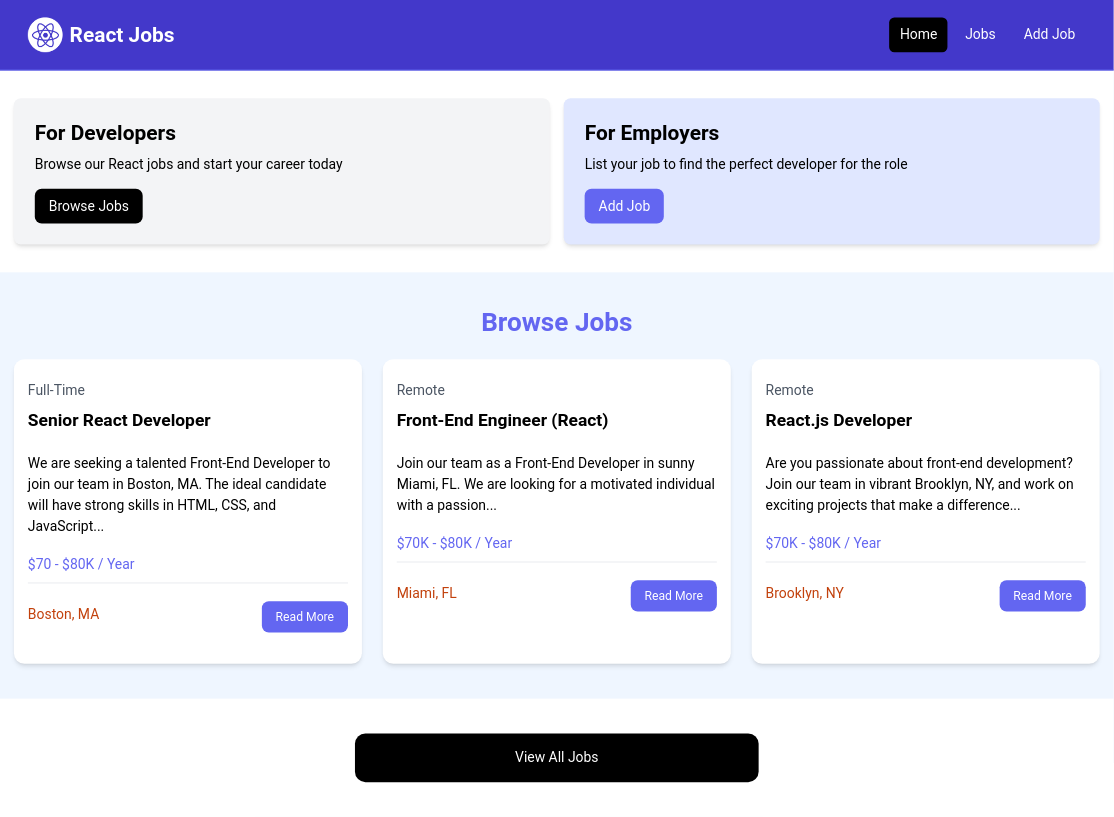
Repository: Geohot-2020/React_setup
Page: / (app in react-crash-2024/)
The author's editor kept a copy of each file at every save. The page is drawn from the files as they stood at one save, then again after a run of saves.
The browser window is 1280 px wide. The pictures show the whole page, at 87% of full size.
The project was rebuilt for these pictures with package versions that can differ from the ones it lists, and the page was loaded fresh each time. Also part of the build but not shown: react-crash-2024/vite.config.js.

Above is the page before, as saved 2024-11-13 15:19:35.

### react-crash-2024/src/App.jsx
import React from 'react'
import Navbar from './components/Navbar'
import Hero from './components/Hero'
Hero
Navbar
const App = () => {
  return (
    <>
      <Navbar />


    {/* <!-- Hero --> */}


    {/* <!-- Developers and Employers --> */}
    <section className="py-4">
      <div className="container-xl lg:container m-auto">
        <div className="grid grid-cols-1 md:grid-cols-2 gap-4 p-4 rounded-lg">
          <div className="bg-gray-100 p-6 rounded-lg shadow-md">
            <h2 className="text-2xl font-bold">For Developers</h2>
            <p className="mt-2 mb-4">
              Browse our React jobs and start your career today
            </p>
            <a
              href="/jobs.html"
              className="inline-block bg-black text-white rounded-lg px-4 py-2 hover:bg-gray-700"
            >
              Browse Jobs
            </a>
          </div>
          <div className="bg-indigo-100 p-6 rounded-lg shadow-md">
            <h2 className="text-2xl font-bold">For Employers</h2>
            <p className="mt-2 mb-4">
              List your job to find the perfect developer for the role
            </p>
            <a
              href="/add-job.html"
              className="inline-block bg-indigo-500 text-white rounded-lg px-4 py-2 hover:bg-indigo-600"
            >
              Add Job
            </a>
          </div>
        </div>
      </div>
    </section>

    {/* <!-- Browse Jobs --> */}
    <section className="bg-blue-50 px-4 py-10">
      <div className="container-xl lg:container m-auto">
        <h2 className="text-3xl font-bold text-indigo-500 mb-6 text-center">
          Browse Jobs
        </h2>
        <div className="grid grid-cols-1 md:grid-cols-3 gap-6">
          {/* <!-- Job Listing 1 --> */}
          <div className="bg-white rounded-xl shadow-md relative">
            <div className="p-4">
              <div className="mb-6">
                <div className="text-gray-600 my-2">Full-Time</div>
                <h3 className="text-xl font-bold">Senior React Developer</h3>
              </div>

              <div className="mb-5">
               We are seeking a talented Front-End Developer to join our team in Boston, MA. The ideal candidate will have strong skills in HTML, CSS, and JavaScript...
              </div>

              <h3 className="text-indigo-500 mb-2">$70 - $80K / Year</h3>

              <div className="border border-gray-100 mb-5"></div>

              <div className="flex flex-col lg:flex-row justify-between mb-4">
                <div className="text-orange-700 mb-3">
                  <i className="fa-solid fa-location-dot text-lg"></i>
                  Boston, MA
                </div>
                <a
                  href="job.html"
                  className="h-[36px] bg-indigo-500 hover:bg-indigo-600 text-white px-4 py-2 rounded-lg text-center text-sm"
                >
                 Read More
                </a>
              </div>
            </div>
          </div>
          {/* <!-- Job Listing 2 --> */}
          <div className="bg-white rounded-xl shadow-md relative">
            <div className="p-4">
              <div className="mb-6">
                <div className="text-gray-600 my-2">Remote</div>
                <h3 className="text-xl font-bold">Front-End Engineer (React)</h3>
              </div>

              <div className="mb-5">
               Join our team as a Front-End Developer in sunny Miami, FL. We are looking for a motivated individual with a passion...
              </div>

              <h3 className="text-indigo-500 mb-2">$70K - $80K / Year</h3>

              <div className="border border-gray-100 mb-5"></div>

              <div className="flex flex-col lg:flex-row justify-between mb-4">
                <div className="text-orange-700 mb-3">
                  <i className="fa-solid fa-location-dot text-lg"></i>
                  Miami, FL
                </div>
                <a
                  href="job.html"
                  className="h-[36px] bg-indigo-500 hover:bg-indigo-600 text-white px-4 py-2 rounded-lg text-center text-sm"
                >
                 Read More
                </a>
              </div>
            </div>
          </div>
          {/* <!-- Job Listing 3 --> */}
          <div className="bg-white rounded-xl shadow-md relative">
            <div className="p-4">
              <div className="mb-6">
                <div className="text-gray-600 my-2">Remote</div>
                <h3 className="text-xl font-bold">React.js Developer</h3>
              </div>

              <div className="mb-5">
                Are you passionate about front-end development? Join our team in vibrant Brooklyn, NY, and work on exciting projects that make a difference...
              </div>

              <h3 className="text-indigo-500 mb-2">$70K - $80K / Year</h3>

              <div className="border border-gray-100 mb-5"></div>

              <div className="flex flex-col lg:flex-row justify-between mb-4">
                <div className="text-orange-700 mb-3">
                  <i className="fa-solid fa-location-dot text-lg"></i>
                  Brooklyn, NY
                </div>
                <a
                  href="job.html"
                  className="h-[36px] bg-indigo-500 hover:bg-indigo-600 text-white px-4 py-2 rounded-lg text-center text-sm"
                >
                 Read More
                </a>
              </div>
            </div>
          </div>
        </div>
      </div>
    </section>

    <section className="m-auto max-w-lg my-10 px-6">
      <a
        href="jobs.html"
        className="block bg-black text-white text-center py-4 px-6 rounded-xl hover:bg-gray-700"
        >View All Jobs</a
      >
    </section>
    </>
  )
}

export default App

### react-crash-2024/src/components/Navbar.jsx
import React from 'react'
import logo from '../assets/images/logo.png'
const Navbar = () => {
    return (
        <nav className="bg-indigo-700 border-b border-indigo-500">
            <div className="mx-auto max-w-7xl px-2 sm:px-6 lg:px-8">
                <div className="flex h-20 items-center justify-between">
                    <div
                        className="flex flex-1 items-center justify-center md:items-stretch md:justify-start"
                    >
                        {/* <!-- Logo --> */}
                        <a className="flex flex-shrink-0 items-center mr-4" href="/index.html">
                            <img
                                className="h-10 w-auto"
                                src={logo}
                                alt="React Jobs"
                            />
                            <span className="hidden md:block text-white text-2xl font-bold ml-2"
                            >React Jobs</span
                            >
                        </a>
                        <div className="md:ml-auto">
                            <div className="flex space-x-2">
                                <a
                                    href="/index.html"
                                    className="text-white bg-black hover:bg-gray-900 hover:text-white rounded-md px-3 py-2"
                                >Home</a
                                >
                                <a
                                    href="/jobs.html"
                                    className="text-white hover:bg-gray-900 hover:text-white rounded-md px-3 py-2"
                                >Jobs</a
                                >
                                <a
                                    href="/add-job.html"
                                    className="text-white hover:bg-gray-900 hover:text-white rounded-md px-3 py-2"
                                >Add Job</a
                                >
                            </div>
                        </div>
                    </div>
                </div>
            </div>
        </nav>
    )
}

export default Navbar

### react-crash-2024/tailwind.config.js
/** @type {import('tailwindcss').Config} */
export default {
  content: [
    "./index.html",
    "./src/**/*.{js,ts,jsx,tsx}",
  ],
  theme: {
    extend: {
      fontFamily: {
        sans: ['Roboto', 'sans-serif'],
      },
      gridTemplateColumns: {
        '70/30': '70% 28%',
      },
    },
  },
  plugins: [],
}

### react-crash-2024/src/components/Hero.jsx
import React from 'react'

const Hero = () => {
    return (
        <section className="bg-indigo-700 py-20 mb-4">
            <div
                className="max-w-7xl mx-auto px-4 sm:px-6 lg:px-8 flex flex-col items-center"
            >
                <div className="text-center">
                    <h1
                        className="text-4xl font-extrabold text-white sm:text-5xl md:text-6xl"
                    >
                        Become a React Dev
                    </h1>
                    <p className="my-4 text-xl text-white">
                        Find the React job that fits your skills and needs
                    </p>
                </div>
            </div>
        </section>
    )
}

export default Hero

Loaded but not shown: react-crash-2024/index.html (common file); react-crash-2024/src/main.jsx (common file); react-crash-2024/src/index.css (common file)

After the next 2 saves:
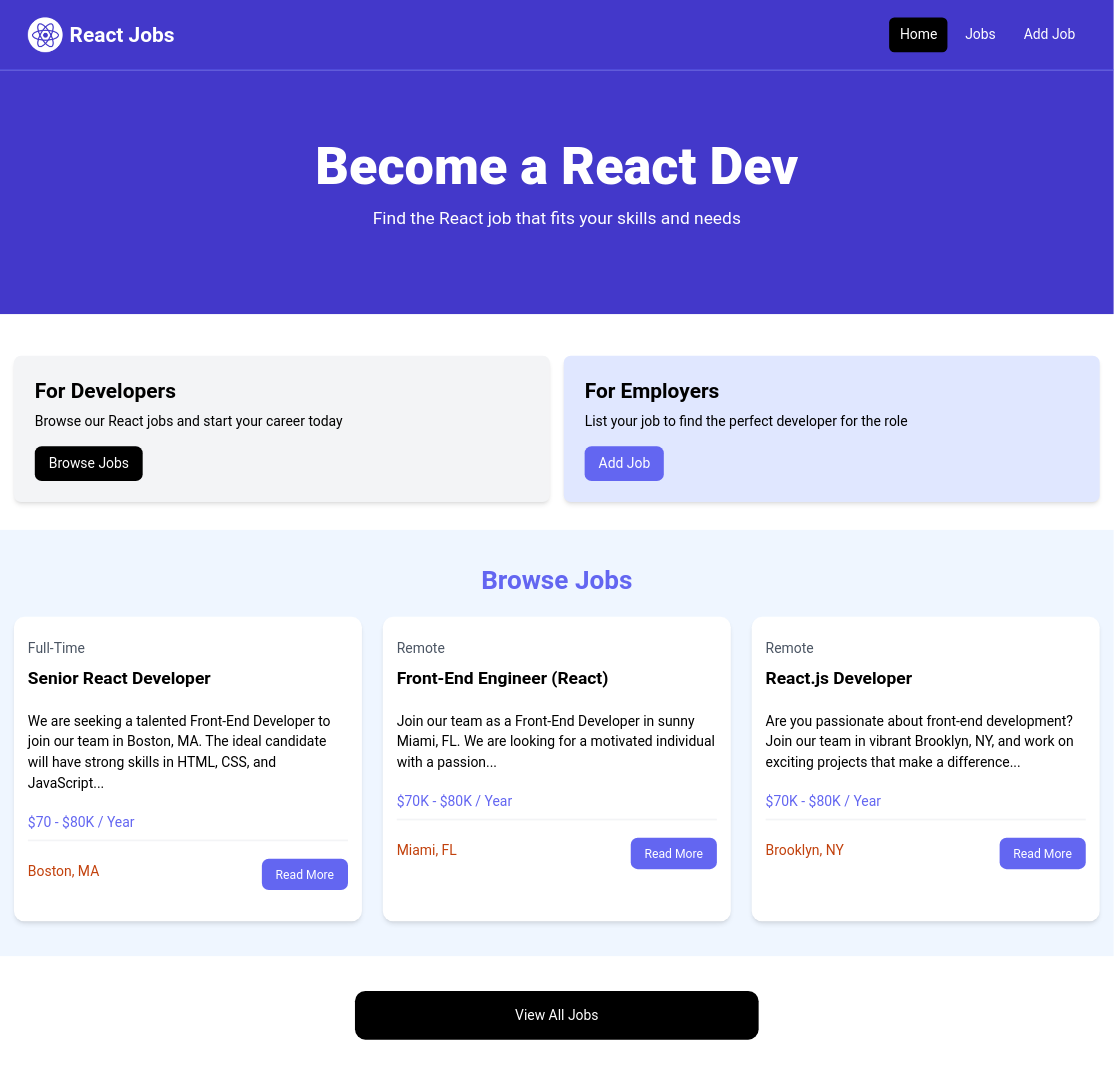
The 2 saves are shown as one change because they came seconds apart.
The last was saved 9 s later.
--- a/react-crash-2024/src/App.jsx
+++ b/react-crash-2024/src/App.jsx
@@ -10,7 +10,7 @@ const App = () => {
 
 
     {/* <!-- Hero --> */}
-
+    <Hero />
 
     {/* <!-- Developers and Employers --> */}
     <section className="py-4">
